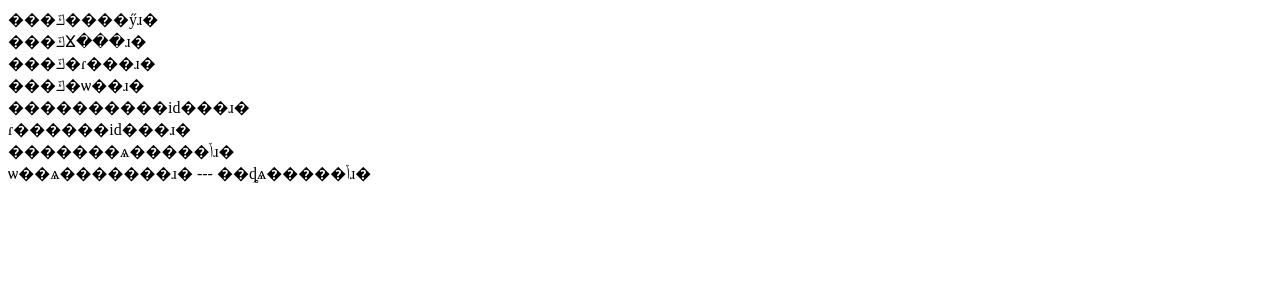
Repository: ZxxWs/P_M_learn
Page: http://localhost/
An editor plug-in stored every save of this project. The page is shown before and after the next save, followed by the edit.
The browser window is 1280 px wide. The pictures show the whole page.
The page is run by PHP 8.4 with error messages shown; the project is at /var/www/html/. Queries for data that is not in the repository find no rows.

Above is the page before, as saved 2019-03-12 07:45:22.

### Mysql_learn/index.php
<?php

//MySQL在PHP中的方法：mysqli_function(value,value1....)

//************************************************************
//连接MySQL：
$host='localhost:3306';                    //可选，主机名|IP
$username='root';          //可选，MySQL用户名
$password;          //可选，MySQL密码
$dbname;            //可选，默认数据库
$port;                  //端口号
$socket;            //规定socket
$conn=mysqli_connect($host,$username);
//mysqli_close($link);//关闭与于数据库的连接
if($conn)
    echo "数据库连接成功";
echo "<br />";

//************************************************************
//创建数据库
$create="create database phpcreat";
$createdatabase=mysqli_query($conn, $create);
if($createdatabase)
    echo "数据库创建成功";
else{
    die('连接失败: ' . mysqli_error($conn));
}
echo "<br />";

//删除数据库
$drop="drop database phpcreat";
$drop=mysqli_query($conn, $drop);
if($drop)
    echo "数据库删除成功";
else{
    die('连接失败: ' . mysqli_error($conn));
}
echo "<br />";


//************************************************************
//选择数据库
$dbname="test";
$select=mysqli_select_db($conn, $dbname);
if($select)
    echo "数据库选择成功";
    else{
        die('连接失败: ' . mysqli_error($conn));
    }
echo "<br />";


//************************************************************
//创建表
$table="create table phptable(id int)";
$createtable=mysqli_query($conn, $table);
if($createtable)
    echo "创建表：“id”成功";
else{
    die('连接失败: ' . mysqli_error($conn));
}
echo "<br />";

//删除表
$droptable="drop table phptable";
$droptablea=mysqli_query($conn, $droptable);
if($droptablea)
    echo "删除表“id”成功";
echo "<br/>";


//***********************
// 设置编码，防止中文乱码
mysqli_query($conn , "set names utf8");
//***********************
//向表中插入数据————>students:name,num,class
$stuname="吴霜";
$stunum=1707004101;
$stuclass=17070144;
$sqldata="insert into students".
         "(name,num,class)".
         "values".
         "('$stuname','$stunum','$stuclass')";
$into=mysqli_query($conn, $sqldata);
if($into)
    echo "插入相关学生数据成功";
    echo "<br/>";


//***********************************************************
//读取数据库
$readdata='select name,num,class from students';
$selecttable=mysqli_select_db($conn, 'test');//选择表
if($selecttable)
    echo "选择学生表单成功";
    echo "  ---  \t\0";
$readdata=mysqli_query($conn, $readdata);
if($into)
    echo "读取学生数据成功";
    echo "<br/>";

After the next save:
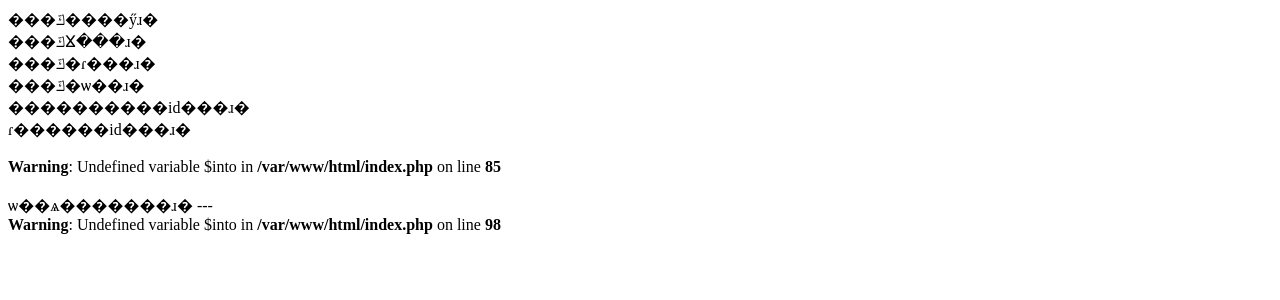
Saved 26 h 4 min later.
--- a/Mysql_learn/index.php
+++ b/Mysql_learn/index.php
@@ -81,7 +81,7 @@ $sqldata="insert into students".
          "(name,num,class)".
          "values".
          "('$stuname','$stunum','$stuclass')";
-$into=mysqli_query($conn, $sqldata);
+//$into=mysqli_query($conn, $sqldata);
 if($into)
     echo "插入相关学生数据成功";
     echo "<br/>";
@@ -93,7 +93,7 @@ $readdata='select name,num,class from students';
 $selecttable=mysqli_select_db($conn, 'test');//选择表
 if($selecttable)
     echo "选择学生表单成功";
-    echo "  ---  \t\0";
+    echo "  ---  \0";
 $readdata=mysqli_query($conn, $readdata);
 if($into)
     echo "读取学生数据成功";
